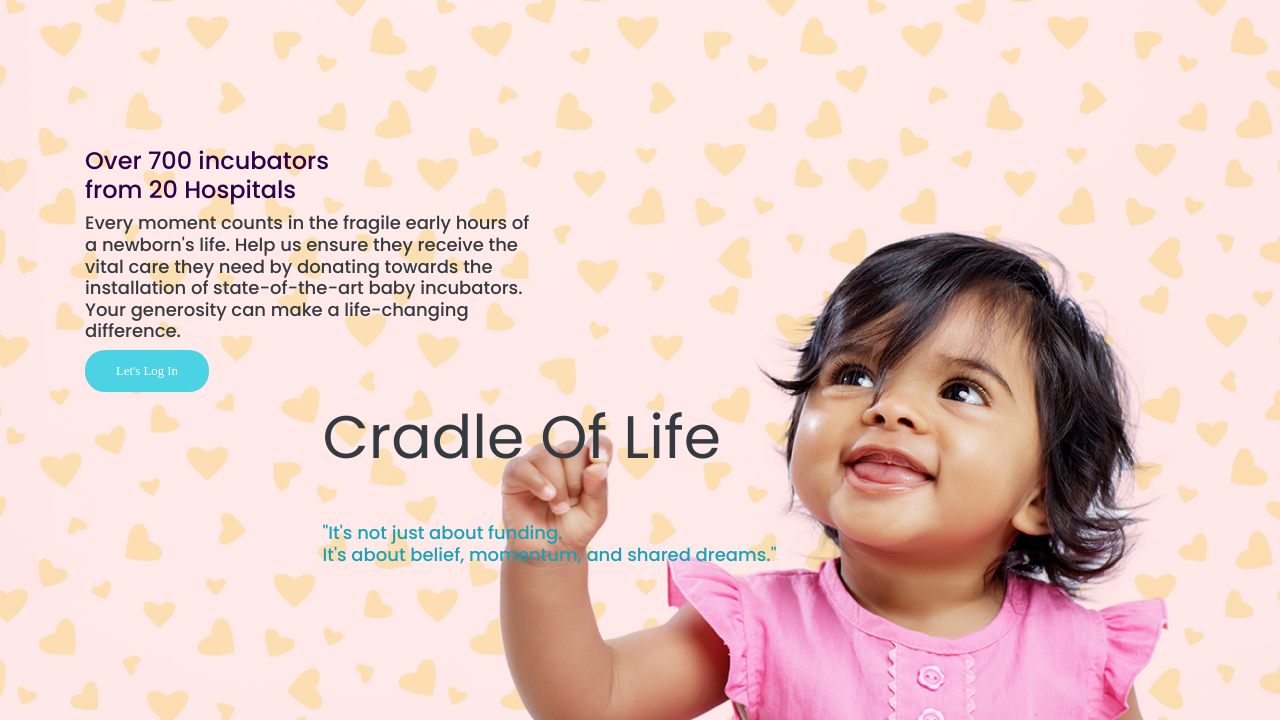
Repository: Adu065/Cradle-of-Life
Page: http://localhost/CradleOfLife/pages/login.jsp
The author's editor kept a copy of each file at every save. The page is drawn from the files as they stood at one save, then again after the next save.
The browser window is 1280 px wide. The pictures show the whole page.
Some web fonts or font styles are not loaded; a fallback is used. The page is served by Tomcat 9. Other server files are loaded and not shown.

Above is the page before, as saved 2023-08-24 13:57:03.

### CradleOfLife/WebContent/pages/login.jsp
<%@page import="com.helper.UserModel"%>
<%@ page language="java" contentType="text/html; charset=ISO-8859-1"
	pageEncoding="ISO-8859-1"%>
<!DOCTYPE html PUBLIC "-//W3C//DTD HTML 4.01 Transitional//EN" "http://www.w3.org/TR/html4/loose.dtd">
<html>
<head>
<%@include file="../tiles/inc.jsp"%>
</head>
<body>

	<%
		UserModel um = null;
		String role = "", name = "", uid = "";
		boolean isUser = false;
		boolean isAdmin = false;
		boolean isNGO = false;
		if (session.getAttribute("USER_MODEL") != null) {
			um = (UserModel) session.getAttribute("USER_MODEL");
			if (um.getRoleid().equalsIgnoreCase("2")) { // user
				role = "User";
				uid = um.getUserid();
				isUser = true;
			} else if (um.getRoleid().equalsIgnoreCase("1")) {
				role = "NGO";
				uid = um.getUserid();
				isNGO = true;
			} else if (um.getRoleid().equalsIgnoreCase("3")) {
				role = "Administrator";
				uid = um.getUserid();
				isAdmin = true;
			}

		}
	%>
	<div class="slider_area ">
		<div
			class="single_slider d-flex align-items-center justify-content-center slider_bg_1">
			<div class="container">
				<div class="row">
					<div class="col-xl-5 col-lg-6">
						<div class="single_about_info">
							<h3>
								Over 700 incubators <br> from 20 Hospitals
							</h3>
							<h4 class="text-dark">Every moment counts in the fragile early hours of a
								newborn's life. Help us ensure they receive the vital care they
								need by donating towards the installation of state-of-the-art
								baby incubators. Your generosity can make a life-changing
								difference.</h4>
								<a href="#form_login"
								class="login popup-with-form genric-btn success circle ">Let's
								Log In</a>
						</div>
					</div>
				</div>
				<div class="row align-items-center justify-content-center">
					<div class="col-xl-7 col-md-7">
						<div class="slider_info">

							<h3 class="text-dark">Cradle of Life</h3>
							<h4 class="text-info">
								"It's not just about funding. </br>It's about belief, momentum, and
								shared dreams."
							</h4>



						</div>
					</div>

					<!-- Sign in-->
					<form id="form_login" class="white-popup-block mfp-hide"
						action="javascript:fnSubmit();">
						<div class="popup_box ">
							<div class="popup_inner">
								<div class="logo text-center">
									<a href="#"> <img
										src="<%=request.getContextPath()%>/theme/img/logo.png" alt="">
									</a>
								</div>
								<h3>Sign in</h3>

								<div class="row">
									<div class="col-xl-12 col-md-12">
										<input type="text" name="username" id="username"
											placeholder="User Name">
									</div>
									<div class="col-xl-12 col-md-12">
										<input type="password" name="password" id="password"
											placeholder="Password">
									</div>
									<div class="col-xl-12">
										<button type="submit" class="boxed_btn_orange">Sign
											in</button>
									</div>
								</div>

								<p class="dont-hav-acc">
									Not Register? <a class="dont-hav-acc" href="#reg_form">Sign
										Up</a>
								</p>
							</div>
						</div>
					</form>
					<!-- form itself end -->

					<!--Registration form -->
					<form id="reg_form" class="white-popup-block mfp-hide"
						action="javascript:fnReg();">
						<div class="col-xl-12 col-md-12">
							<div class="popup_box">
								<div class="popup_inner">
									<h3>Registration</h3>

									<!-- Role Selection -->
									<div class="row">
										<div class="col-xl-12 col-md-12 mb-4">
											<h4 class="text-dark">Who are you?:</h4>
											<select id="roleid" name="roleid" onchange="fnData();">
												<option value="0">Select Role</option>
												<option value="1">NGO</option>
												<option value="2">Donator</option>
												<option value="3">Admin</option>
											</select>
										</div>
									</div>

									<!-- NGO Form Fields -->
									<div id="NGOForm" style="display: none;">
										<div class="col-xl-12 col-md-12">
											<input type="text" name="ngo" id="ngo"
												placeholder="Enter NGO Name">
										</div>
									</div>

									<!-- Common Fields for all roles -->

									<div class="col-xl-12 col-md-12">
										<input type="email" name="email" id="email"
											placeholder="Enter Email">
									</div>
									<div class="col-xl-12 col-md-12">
										<input type="text" name="address" id="address"
											placeholder="Enter Address">
									</div>
									<div class="col-xl-12 col-md-12">
										<input type="text" name="phoneno" id="phoneno"
											pattern="[0-9]{10}" title="Accepted 10 Digit Only"
											placeholder="Mobile Number" required="required">
									</div>
									<!-- User Form Fields -->
									<div id="UserForm" style="display: none;">
										<div class="col-xl-12 col-md-12">
											<input type="text" name="fname" id="fname"
												placeholder="Enter First Name">
										</div>
										<div class="col-xl-12 col-md-12">
											<input type="text" name="lname" id="lname"
												placeholder="Enter Last Name">
										</div>
										<div class="col-xl-12 col-md-12">
											<input type="text" name="pancardno" id="pancardno"
												pattern="^[A-Z]{5}\d{4}[A-Z]{1}$"
												title="Accepted 10 Digit Only"
												placeholder="Enter PAN card No.">
										</div>
									</div>

									<!-- Admin Form Fields -->
									<div id="AdminForm" style="display: none;">
										<div class="col-xl-12 col-md-12">
											<input type="text" name="name" id="adminname"
												placeholder="Enter Name">
										</div>
									</div>

									<!-- Common Fields for username and password -->
									<div class="col-xl-12 col-md-12">
										<input type="text" name="username" id="username"
											placeholder="Enter Username">
									</div>
									<div class="col-xl-12 col-md-12">
										<input type="password" name="password" id="password"
											placeholder="Password">
									</div>
									<div class="col-xl-12 col-md-12">
										<input type="password" name="cpassword" id="cpassword"
											placeholder="Confirm password"> <span
											class="font-weight-bold text-center" id='message'></span>
									</div>
									<div class="col-xl-12 d-flex justify-content-center">
										<button type="submit" class="boxed_btn_orange">Sign
											Up</button>
									</div>
								</div>
							</div>
						</div>
					</form>

					<!-- form itself end -->

				</div>
			</div>
		</div>
	</div>
	<%@include file="../tiles/footer_inc.jsp"%>
</body>
<script type="text/javascript">
$('#password, #cpassword').on('keyup', function () {
	  if ($('#password').val() == $('#cpassword').val()) {
	    $('#message').html('Matching').css('color', 'cyan');
	  } else
	    $('#message').html('Not Matching').css('color', 'red');
	});
	</script>
<script type="text/javascript">
function fnData() {
    var selectedRole = document.getElementById("roleid").value;

    // Hide all form sections by default
    document.getElementById("NGOForm").style.display = "none";
    document.getElementById("UserForm").style.display = "none";
    document.getElementById("AdminForm").style.display = "none";

    // Display appropriate form sections based on the selected role
    if (selectedRole == "1") { // NGO
        document.getElementById("NGOForm").style.display = "block";
    } else if (selectedRole == "2") { // Donator/User
        document.getElementById("UserForm").style.display = "block";
    } else if (selectedRole == "3") { // Admin
        document.getElementById("AdminForm").style.display = "block";
    }
}

function fnSubmit(){
	var str = $("#form_login" ).serialize();
	//alert(str);
	$.post("<%=request.getContextPath()%>/tiles/ajax.jsp?methodId=checkLogin",str, function(data) {

		                    data = $.trim(data);
								if (data==1) {
<%-- 									if(<%=um.getRoleid()%>=="1"){ --%>
                               window.location.href = "<%=request.getContextPath()%>/pages/index.jsp";
<%-- 									}if(<%=um.getRoleid()%>=="2"){ --%>
<%-- 										WINDOW.LOCATION.HREF="<%=REQUEST.GETCONTEXTPATH()%>/PAGES/ADDSTATION.JSP";     --%>
								//	}


							}else {
								alert("Please Enter Valid Credentials");
							}
							$('#form_login')[0].reset();
						});
}


	//registration form
	function fnReg(){
	var str = $("#reg_form").serialize();
// 	alert(str);
	$.post("<%=request.getContextPath()%>/tiles/ajax.jsp?methodId=registerNewUser",
						str, function(data) {
							data = $.trim(data);
							if (data==1) {

								window.location.href="<%=request.getContextPath()%>/pages/login.jsp";
							} else {
								alert("Error");
							}
							$('#reg_form')[0].reset();
						});
	}
</script>
</html>

### CradleOfLife/WebContent/tiles/inc.jsp
    <meta charset="utf-8">
    <meta http-equiv="x-ua-compatible" content="ie=edge">
    <title>Cradle of Life</title>
    <meta name="description" content="">
    <meta name="viewport" content="width=device-width, initial-scale=1">

    <!-- <link rel="manifest" href="site.webmanifest"> -->
    <link rel="shortcut icon" type="image/x-icon" href="<%=request.getContextPath()%>/theme/img/favicon.png">
    <!-- Place favicon.ico in the root directory -->

    <!-- CSS here -->
    <link rel="stylesheet" href="<%=request.getContextPath()%>/theme/css/bootstrap.css">
    <link rel="stylesheet" href="<%=request.getContextPath()%>/theme/css/owl.carousel.min.css">
    <link rel="stylesheet" href="<%=request.getContextPath()%>/theme/css/magnific-popup.css">
    <link rel="stylesheet" href="<%=request.getContextPath()%>/theme/css/font-awesome.min.css">
    <link rel="stylesheet" href="<%=request.getContextPath()%>/theme/css/themify-icons.css">
    <link rel="stylesheet" href="<%=request.getContextPath()%>/theme/css/nice-select.css">
    <link rel="stylesheet" href="<%=request.getContextPath()%>/theme/css/flaticon.css">
    <link rel="stylesheet" href="<%=request.getContextPath()%>/theme/css/gijgo.css">
    <link rel="stylesheet" href="<%=request.getContextPath()%>/theme/css/animate.css">
    <link rel="stylesheet" href="<%=request.getContextPath()%>/theme/css/slicknav.css">
    <link rel="stylesheet" href="<%=request.getContextPath()%>/theme/css/style.css">
<%--     <link rel="stylesheet" href="<%=request.getContextPath()%>/theme/css/allicons.css"> --%>
    <link rel="stylesheet" href="https://cdnjs.cloudflare.com/ajax/libs/font-awesome/5.15.1/css/all.min.css">

### CradleOfLife/WebContent/tiles/footer_inc.jsp

<!-- JS here -->
<script
	src="<%=request.getContextPath()%>/theme/js/vendor/modernizr-3.5.0.min.js"></script>
<script
	src="<%=request.getContextPath()%>/theme/js/vendor/jquery-1.12.4.min.js"></script>
<script src="<%=request.getContextPath()%>/theme/js/popper.min.js"></script>
<script src="<%=request.getContextPath()%>/theme/js/bootstrap.min.js"></script>
<script src="<%=request.getContextPath()%>/theme/js/owl.carousel.min.js"></script>
<script src="<%=request.getContextPath()%>/theme/js/isotope.pkgd.min.js"></script>
<script src="<%=request.getContextPath()%>/theme/js/ajax-form.js"></script>
<script src="<%=request.getContextPath()%>/theme/js/waypoints.min.js"></script>
<script
	src="<%=request.getContextPath()%>/theme/js/jquery.counterup.min.js"></script>
<script
	src="<%=request.getContextPath()%>/theme/js/imagesloaded.pkgd.min.js"></script>
<script src="<%=request.getContextPath()%>/theme/js/scrollIt.js"></script>
<script
	src="<%=request.getContextPath()%>/theme/js/jquery.scrollUp.min.js"></script>
<script src="<%=request.getContextPath()%>/theme/js/wow.min.js"></script>
<script src="<%=request.getContextPath()%>/theme/js/nice-select.min.js"></script>
<script
	src="<%=request.getContextPath()%>/theme/js/jquery.slicknav.min.js"></script>
<script
	src="<%=request.getContextPath()%>/theme/js/jquery.magnific-popup.min.js"></script>
<script src="<%=request.getContextPath()%>/theme/js/plugins.js"></script>
<script src="<%=request.getContextPath()%>/theme/js/gijgo.min.js"></script>

<!--contact js-->
<script src="<%=request.getContextPath()%>/theme/js/contact.js"></script>
<script
	src="<%=request.getContextPath()%>/theme/js/jquery.ajaxchimp.min.js"></script>
<script src="<%=request.getContextPath()%>/theme/js/jquery.form.js"></script>
<script
	src="<%=request.getContextPath()%>/theme/js/jquery.validate.min.js"></script>
<script src="<%=request.getContextPath()%>/theme/js/mail-script.js"></script>
<script src="<%=request.getContextPath()%>/theme/js/main.js"></script>

Loaded but not shown: CradleOfLife/WebContent/theme/css/bootstrap.css (library); CradleOfLife/WebContent/theme/css/owl.carousel.min.css (common file); CradleOfLife/WebContent/theme/css/magnific-popup.css (library); CradleOfLife/WebContent/theme/css/font-awesome.min.css (library); CradleOfLife/WebContent/theme/css/themify-icons.css (common file); CradleOfLife/WebContent/theme/css/nice-select.css (common file); CradleOfLife/WebContent/theme/css/flaticon.css (common file); CradleOfLife/WebContent/theme/css/animate.css (library); CradleOfLife/WebContent/theme/css/slicknav.css (common file); CradleOfLife/WebContent/theme/css/style.css (library); CradleOfLife/WebContent/theme/js/popper.min.js (library); CradleOfLife/WebContent/theme/js/bootstrap.min.js (library); CradleOfLife/WebContent/theme/js/owl.carousel.min.js (library); CradleOfLife/WebContent/theme/js/isotope.pkgd.min.js (library); CradleOfLife/WebContent/theme/js/waypoints.min.js (library); CradleOfLife/WebContent/theme/js/jquery.counterup.min.js (common file); CradleOfLife/WebContent/theme/js/imagesloaded.pkgd.min.js (library); CradleOfLife/WebContent/theme/js/jquery.scrollUp.min.js (common file); CradleOfLife/WebContent/theme/js/wow.min.js (library); CradleOfLife/WebContent/theme/js/nice-select.min.js (common file); CradleOfLife/WebContent/theme/js/jquery.slicknav.min.js (library); CradleOfLife/WebContent/theme/js/jquery.magnific-popup.min.js (library); CradleOfLife/WebContent/theme/js/gijgo.min.js (library); CradleOfLife/WebContent/theme/js/jquery.ajaxchimp.min.js (library); CradleOfLife/WebContent/theme/js/jquery.form.js (library); CradleOfLife/WebContent/theme/js/jquery.validate.min.js (library); CradleOfLife/WebContent/theme/js/main.js (317 lines, source omitted); CradleOfLife/WebContent/theme/js/scrollIt.js (129 lines, source omitted); CradleOfLife/WebContent/theme/js/contact.js (85 lines, source omitted); CradleOfLife/WebContent/theme/js/mail-script.js (31 lines, source omitted); CradleOfLife/WebContent/theme/js/ajax-form.js (48 lines, source omitted); CradleOfLife/WebContent/theme/js/plugins.js (24 lines, source omitted); CradleOfLife/WebContent/theme/css/gijgo.css (2704 lines, source omitted)

After the next save:
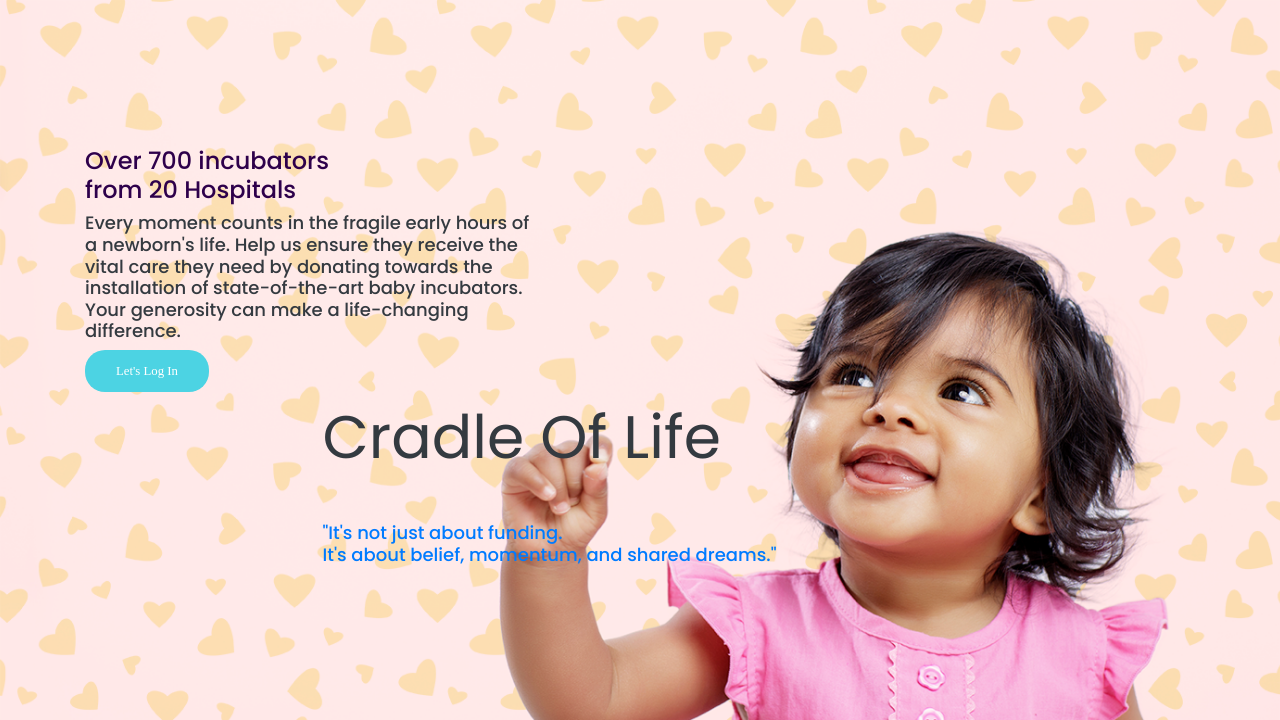
Saved 26 s later.
--- a/CradleOfLife/WebContent/pages/login.jsp
+++ b/CradleOfLife/WebContent/pages/login.jsp
@@ -58,7 +58,7 @@
 						<div class="slider_info">
 
 							<h3 class="text-dark">Cradle of Life</h3>
-							<h4 class="text-info">
+							<h4 class="text-primary">
 								"It's not just about funding. </br>It's about belief, momentum, and
 								shared dreams."
 							</h4>
